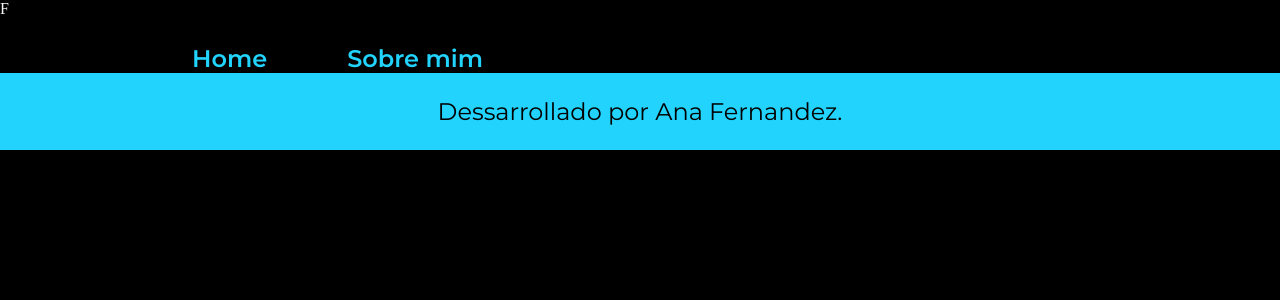
Repository: AnaFzCz/Portifolio-HTML-CSS-dinamico
Page: about.html
An editor plug-in stored every save of this project. The page is shown before and after the next save, followed by the edit.
The browser window is 1280 px wide. The pictures show the whole page.
Some web fonts or font styles are not loaded; a fallback is used.

Above is the page before, as saved 2025-02-10 09:20:20.

After the next save:
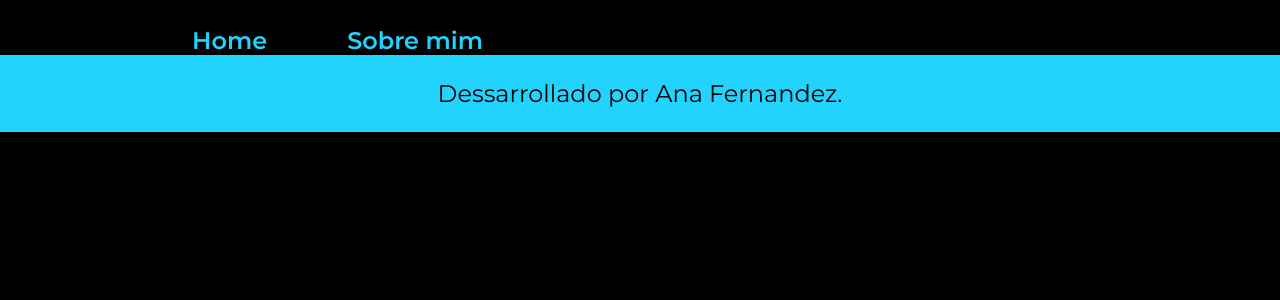
Saved 91 s later.
--- a/about.html
+++ b/about.html
@@ -1,11 +1,12 @@
 <!DOCTYPE html>
 <html lang="en">
-    <link rel="stylesheet" href="./styles/style.css">F
+
 <head>
     <meta charset="UTF-8">
     <meta http-equiv="X-UA-Compatible" content="IE=edge">
     <meta name="viewport" content="width=device-width, initial-scale=1.0">
     <title>Sobre mim</title>
+    <link rel="stylesheet" href="./styles/style.css">
 </head>
 
 <body>
